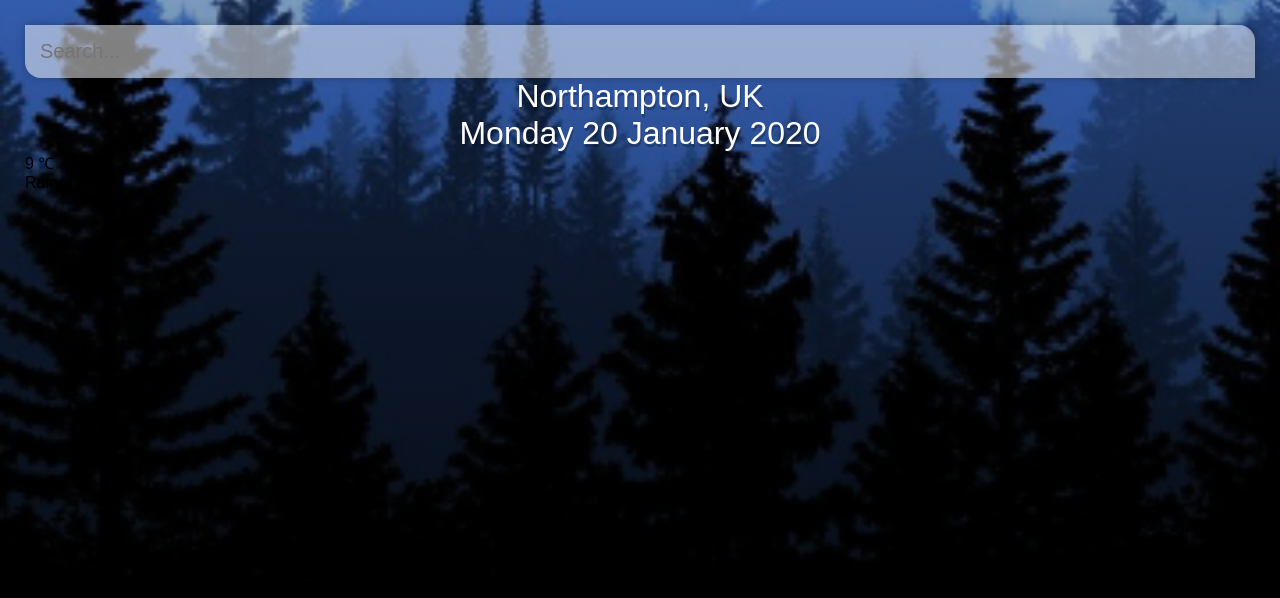
Repository: AbApin/vue-simple-weather-app
Page: /
The author's editor kept a copy of each file at every save. The page is drawn from the files as they stood at one save, then again after a run of saves.
The browser window is 1280 px wide. The pictures show the whole page.
The project was rebuilt for these pictures with package versions that can differ from the ones it lists, and the page was loaded fresh each time. Also part of the build but not shown: vue.config.js.

Above is the page before, as saved 2022-11-24 12:14:12.

### src/App.vue
<template>
  <div id="app">
    <main>
      <div class="search-box">
        <input type="text" class="search-bar" placeholder="Search..." />
      </div>

      <div class="weather-wrap">
        <div class="location-box">
          <h3 class="location">Northampton, UK</h3>
          <p class="date">Monday 20 January 2020</p>
        </div>
      </div>

      <div class="wetaher-box">
        <p class="temp">9 ℃</p>
        <p class="weather">Rain</p>
      </div>
    </main>
  </div>
</template>

<script>
export default {
  name: 'App',
};
</script>

<style>
* {
  margin: 0;
  padding: 0;
  box-sizing: border-box;
}
body {
  font-family: 'Montserrat', sans-serif;
}
#app {
  background-image: url('./assets/cold-bg.jpg');
  background-size: cover;
  background-position: bottom;
  transition: 0.4s;
}
main {
  min-height: 100vh;
  padding: 25px;
  background: linear-gradient(to bottom, rgba(0, 0, 0, 0.25), rgba(0, 0, 0, 0.75));
}
.search-box .search-bar {
  display: block;
  width: 100%;
  padding: 15px;
  color: #313131;
  font-size: 20px;
  border: none;
  outline: none;
  appearance: none;
  background: none;
  box-shadow: 0 0 8px rgba(0, 0, 0, 0.25);
  background-color: rgba(255, 255, 255, 0.5);
  border-radius: 0 16px 0 16px;
}
.search-box .search-bar:focus {
  box-shadow: 0 0 16px rgba(0, 0, 0, 0.25);
  background-color: rgba(255, 255, 255, 0.75);
  border-radius: 16px 0 16px 0;
}

.location-box .location{
  color: #fff;
  font-size: 32px;
  font-weight: 500;
  text-align: center;
  text-shadow: 1px 3px rgba(0, 0, 0, 0.25);
}
.location-box .date{
  color: #fff;
  font-size: 32px;
  font-weight: 500;
  text-align: center;
  text-shadow: 1px 3px rgba(0, 0, 0, 0.25);
}
</style>

Loaded but not shown: public/index.html (common file); src/main.js (common file)

After the next 2 saves:
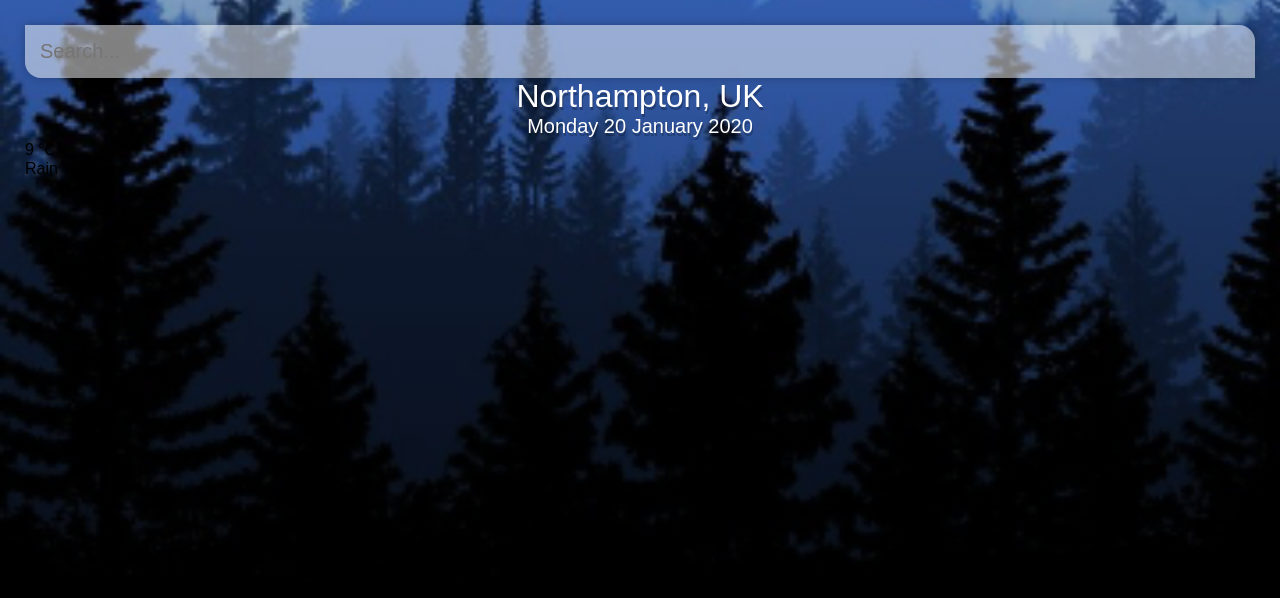
The 2 saves are shown as one change because they came seconds apart.
The last was saved 7 s later.
--- a/src/App.vue
+++ b/src/App.vue
@@ -75,8 +75,8 @@ main {
 }
 .location-box .date{
   color: #fff;
-  font-size: 32px;
-  font-weight: 500;
+  font-size: 20px;
+  font-weight: 300;
   text-align: center;
   text-shadow: 1px 3px rgba(0, 0, 0, 0.25);
 }
